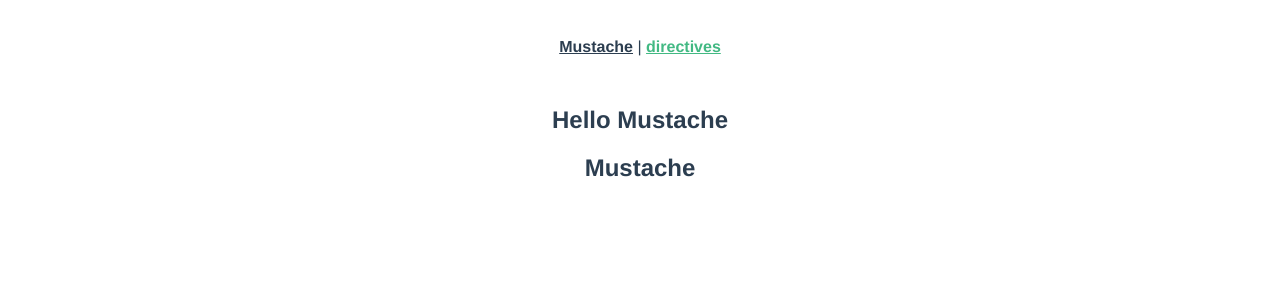
Repository: yeyanghui0616/my-vue2-learning
Page: /directives
These files come from the project's save history. The page is drawn as it stood at one moment and after the next save; the edit follows.
The browser window is 1280 px wide. The pictures show the whole page.
The project was rebuilt for these pictures with package versions that can differ from the ones it lists, and the page was loaded fresh each time. Also part of the build but not shown: src/views/Mustache.vue.

Above is the page before, as saved 2023-08-30 21:17:18.

After the next save:
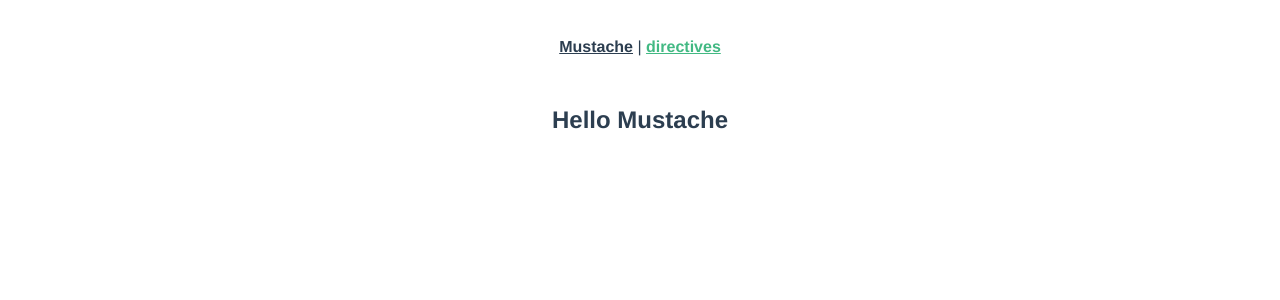
Saved 4 s later.
--- a/src/views/directives.vue
+++ b/src/views/directives.vue
@@ -1,7 +1,7 @@
 <template>
 	<div>
 		<h2>Hello {{ name }}</h2>
-		<h2>{{firstName}} {{ name }}</h2>
+		<h2>{{ firstName }} {{ lastName }}</h2>
 	</div>
 </template>
 
@@ -10,7 +10,6 @@ export default {
 	data() {
 		return {
 			name: "Mustache",
-
 		};
 	},
 
